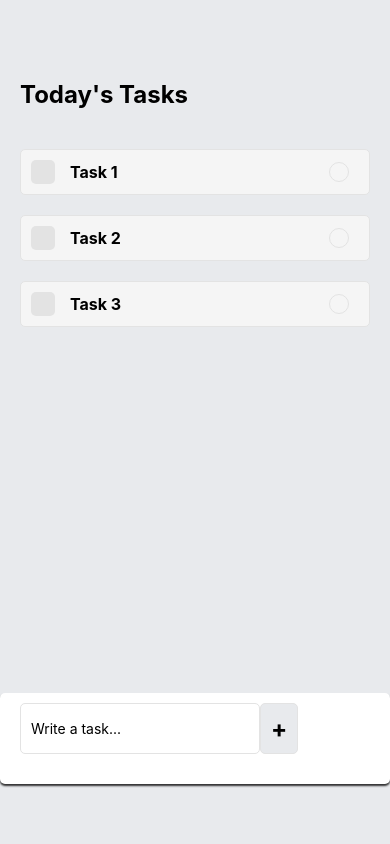
Repository: lomelo-x/ToDo-App
Screen: /
The author's editor kept a copy of each file at every save. The screen is drawn from the files as they stood at one save, then again after a run of saves.
The app was drawn by React Native's web renderer in a window 390 px wide. The project was rebuilt for these pictures with package versions that can differ from the ones it lists, and the page was loaded fresh each time.

Above is the screen before, as saved 2022-06-17 21:18:01.

After the next 4 saves:
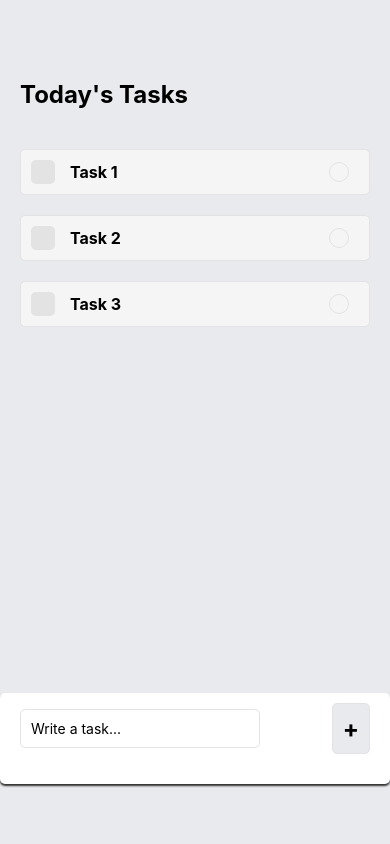
The 4 saves are shown as one change because they came seconds apart.
The last was saved 11 s later.
--- a/App.js
+++ b/App.js
@@ -49,6 +49,8 @@ const styles = StyleSheet.create({
 		bottom: 60,
 		width: '100%',
 		flexDirection: 'row',
+		alignItems: 'center',
+		justifyContent: 'space-between',
 		paddingHorizontal: 20,
 		paddingVertical: 10,
 		backgroundColor: '#fff',
